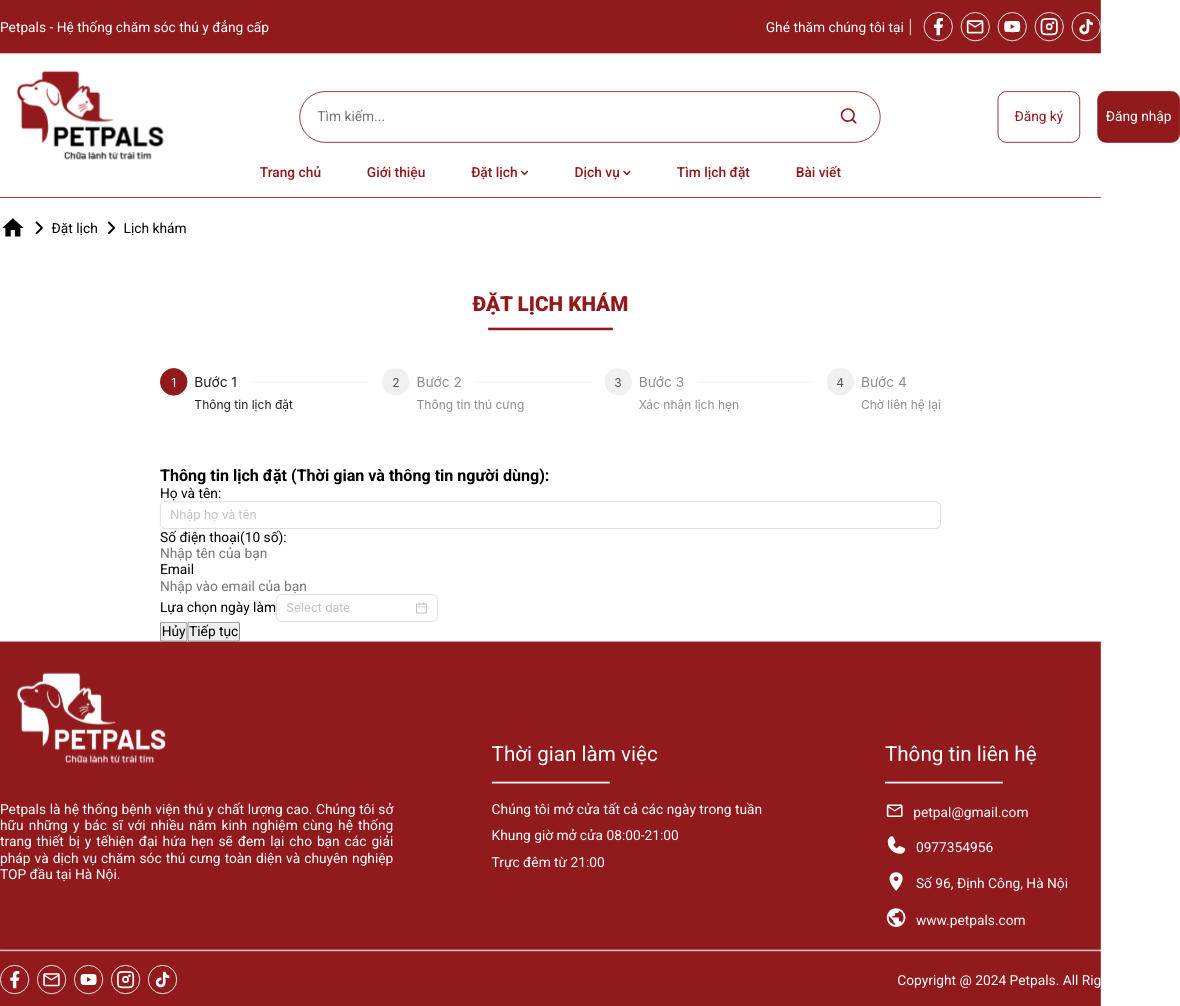
Repository: ahntrung1909/Petpals
Page: /dat-lich/kham-benh (app in petpals-user-main/)
An editor plug-in stored every save of this project. The page is shown before and after the next save, followed by the edit.
The browser window is 1280 px wide. The page is 1372 px wide, so the pictures cover 1372 px, including what lies to the right of the window. The pictures show the whole page, at 86% of full size.
The project was rebuilt for these pictures with package versions that can differ from the ones it lists, and the page was loaded fresh each time. The framework's server and built-in components were replaced by stand-ins that run in the browser. Also part of the build but not shown: petpals-user-main/next.config.js, petpals-user-main/next.config.mjs.

Above is the page before, as saved 2024-04-10 22:45:30.

### petpals-user-main/src/app/layout.js
import { Footer } from "@/components/Footer/Footer";
import "./global.scss";
import { Header } from "@/components/Header/Header";
import { ToastContainer } from "react-toastify";
import "react-toastify/dist/ReactToastify.css";
import { Button, ConfigProvider, Space } from "antd";

export const metadata = {
  title: "Petpals - Chữa lành từ trái tim",
  description: "Petpals",
};

export default function RootLayout({ children }) {
  return (
    <html lang="en">
      <body>
        <Header />
        <ToastContainer />
        <ConfigProvider
          theme={{
            token: {
              colorPrimary: "#911A1D",
            },
            components: {},
          }}
        >
          {children}
        </ConfigProvider>
        <Footer />
      </body>
    </html>
  );
}

### petpals-user-main/src/app/dat-lich/kham-benh/page.js
"use client";
import "./style.scss";
import React, { useState } from "react";
import { Steps } from "antd";
import StepItem from "./StepItem";

export default function page() {
  const [bookingInfo, setBookingInfo] = useState({
    id: "",
    userName: "",
    userEmail: "",
    userPhone: "",
  });
  const [current, setCurrent] = useState(0);
  return (
    <main>
      <div className="breadcrumb">
        <img src="/icon/ic_baseline-home.svg" alt="" />
        <img src="/icon/iconamoon_arrow-right-2.svg" alt="" />
        <p>Đặt lịch</p>
        <img src="/icon/iconamoon_arrow-right-2.svg" alt="" />
        <p>Lịch khám</p>
      </div>
      <section className="booking-section">
        <div className="section-heading">ĐẶT LỊCH KHÁM</div>
        <div className="booking-wrapper">
          <Steps
            style={{ marginBottom: "60px" }}
            current={current}
            items={[
              {
                title: "Bước 1",
                description: "Thông tin lịch đặt",
              },
              {
                title: "Bước 2",
                description: "Thông tin thú cưng",
              },
              {
                title: "Bước 3",
                description: "Xác nhận lịch hẹn",
              },
              {
                title: "Bước 4",
                description: "Chờ liên hệ lại",
              },
            ]}
          />
          <StepItem step={current} />
          <div className="btn-wrapper">
            <button
              className="btn prev-btn"
              onClick={() => {
                setCurrent(current - 1);
              }}
            >
              Hủy
            </button>
            <button
              className="btn next-btn"
              onClick={() => {
                setCurrent(current + 1);
              }}
            >
              Tiếp tục
            </button>
          </div>
        </div>
      </section>
    </main>
  );
}

### petpals-user-main/src/components/Footer/Footer.js
import { Socialicon } from "../Socialicon/Socialicon";
import "./style.scss";
export const Footer = () => {
  return (
    <footer>
      <div className="row row-1">
        <div className="logo">
          <img src="/img/logo_am_ban.svg" alt="" />
        </div>
        <div className="working-time">Thời gian làm việc</div>
        <div className=" contact-info">Thông tin liên hệ</div>
      </div>
      <div className="row">
        <div className="about">
          Petpals là hệ thống bệnh viện thú y chất lượng cao. Chúng tôi sở hữu
          những y bác sĩ với nhiều năm kinh nghiệm cùng hệ thống trang thiết bị
          y tếhiện đại hứa hẹn sẽ đem lại cho bạn các giải pháp và dịch vụ chăm
          sóc thú cưng toàn diện và chuyên nghiệp TOP đầu tại Hà Nội.
        </div>
        <ul className="working-time-more">
          <li>Chúng tôi mở cửa tất cả các ngày trong tuần</li>
          <li>Khung giờ mở cửa 08:00-21:00</li>
          <li>Trực đêm từ 21:00</li>
        </ul>
        <ul className="contact-info-more">
          <li className="contact-item">
            <span>
              <img src="/icon/material-symbols_mail-outline.svg" alt="" />
            </span>
            petpal@gmail.com
          </li>
          <li className="contact-item">
            <span>
              <img src="/icon/ph_phone-fill.svg" alt="" />
            </span>
            0977354956
          </li>
          <li className="contact-item">
            <span>
              <img src="/icon/mdi_location.svg" alt="" />
            </span>
            Số 96, Định Công, Hà Nội
          </li>
          <li className="contact-item">
            <span>
              <img src="/icon/mdi_earth.svg" alt="" />
            </span>
            www.petpals.com
          </li>
        </ul>
      </div>
      <hr />
      <div className="footer-bottom">
        <Socialicon />
        <div>Copyright @ 2024 Petpals. All Rights Reverved</div>
      </div>
    </footer>
  );
};

### petpals-user-main/src/app/global.scss
@import url("https://fonts.googleapis.com/css2?family=Roboto:ital,wght@0,100;0,300;0,400;0,500;0,700;0,900;1,100;1,300;1,400;1,500;1,700;1,900&display=swap");
@import "../style/variable";
* {
  padding: 0;
  margin: 0;
  box-sizing: border-box;
}
body {
  font-family: "Roboto", sans-serif;
  font-size: 16px;
}
a {
  text-decoration: none;
  color: black;
}
ul,
li {
  list-style: none;
}
input,
textarea {
  width: 100%;
  border: none;
  outline: none;
  font-family: "Roboto", sans-serif;
  font-size: 16px;
}
img {
  width: 100%;
}
button {
  font-family: "Roboto", sans-serif;
  font-size: 16px;
}
label {
  font-family: "Roboto", sans-serif;
  font-size: 16px;
}

// custom scroll bar
::-webkit-scrollbar-track {
  background-color: #f5f5f5;
}

::-webkit-scrollbar {
  width: 6px;
  height: 6px;
  background-color: #f5f5f5;
}

::-webkit-scrollbar-thumb {
  background-image: linear-gradient($BROWN_500, $RED_500);
  // border-radius: 10px;
}
::-webkit-scrollbar-thumb:horizontal {
  background-image: linear-gradient(to right, $BROWN_500, $RED_500);
  // border-radius: 10px;
}

### petpals-user-main/src/app/dat-lich/kham-benh/style.scss
@import "../../../style/variable";
@import "../../../style/base";

.booking-wrapper {
  width: 908px;
  margin: 0 auto;
  //   .ant-steps-item-icon {
  //     background-color: $BROWN_500 !important;
  //     border-color: $BROWN_500 !important;
  //   }
  //   .ant-steps-item-wait .ant-steps-item-icon {
  //     background-color: transparent !important;
  //     border-color: rgba(0, 0, 0, 0.25) !important;
  //     color: rgba(0, 0, 0, 0.25) !important;
  //   }
  .ant-steps-item-finish .ant-steps-item-icon {
    background-color: transparent !important;
    .anticon-check {
      color: $BROWN_500;
    }
  }
  //   .ant-steps
  //     .ant-steps-item-finish
  //     > .ant-steps-item-container
  //     > .ant-steps-item-content
  //     > .ant-steps-item-title::after {
  //     background-color: $BROWN_500 !important;
  //   }
}

### petpals-user-main/src/app/dat-lich/kham-benh/StepItem.js
"use-client";
import "./style.scss";
import React, { useEffect } from "react";
import { DatePicker } from "antd";
import dayjs from "dayjs";
import customParseFormat from "dayjs/plugin/customParseFormat";
import { Input } from "antd";

dayjs.extend(customParseFormat);

export default function StepItem({ step }) {
  const disabledDate = (current) => {
    //disable những lịch từ ngày hôm qua
    return current && current < dayjs().endOf("day").subtract(1, "day");
  };
  if (step === 0) {
    return (
      <form>
        <h3>Thông tin lịch đặt (Thời gian và thông tin người dùng):</h3>
        <div className="input-group">
          <label htmlFor="">Họ và tên: </label>
          <Input placeholder="Nhập họ và tên" />
        </div>
        <div className="input-group">
          <label htmlFor="">Số điện thoại(10 số):</label>
          <input type="text" placeholder="Nhập tên của bạn" />
        </div>
        <div className="input-group">
          <label htmlFor="">Email</label>
          <input type="text" placeholder="Nhập vào email của bạn" />
        </div>
        <div className="input-group">
          <label htmlFor="">Lựa chọn ngày làm</label>
          <DatePicker onChange={() => {}} disabledDate={disabledDate} />
        </div>
      </form>
    );
  }
  if (step === 1) {
    return <div>Step 2</div>;
  }
  if (step === 2) {
    return <div>Step 3</div>;
  }
  if (step === 3) {
    return <div>Step 4</div>;
  }
}

### petpals-user-main/src/components/Socialicon/Socialicon.js
import "./style.scss";
export const Socialicon = () => {
  return (
    <div className="list-social-icon">
      <div className="icon-item">
        <img src="/icon/ri_facebook-fill.svg" alt="icon-facebook" />
      </div>
      <div className="icon-item">
        <img src="/icon/material-symbols_mail-outline.svg" alt="icon-mail" />
      </div>
      <div className="icon-item">
        <img src="/icon/mdi_youtube.svg" alt="icon-youtube" />
      </div>
      <div className="icon-item">
        <img src="/icon/lets-icons_insta.svg" alt="icon-insta" />
      </div>
      <div className="icon-item">
        <img src="/icon/ic_baseline-tiktok.svg" alt="icon-tiktok" />
      </div>
    </div>
  );
};

### petpals-user-main/src/components/Footer/style.scss
@import "../../style/variable";
footer {
  display: block;
  width: 100vw;
  height: 424px;
  background-color: $BROWN_500;
  padding: 20px 0;
}
.row {
  width: 1372px;
  margin: 0 auto;
  display: grid;
  grid-template-columns: repeat(12, 1fr);
  row-gap: 20px;
  color: white;
  margin-bottom: 20px;
}
.row-1 {
  align-items: flex-end;
}
.logo {
  width: 214px;
  grid-column: 1/5;
}
.working-time {
  grid-column: 6/10;
  position: relative;
  font-size: 24px;
  padding-bottom: 20px;
  &::after {
    content: "";
    width: 137px;
    height: 2px;
    background-color: white;
    position: absolute;
    left: 0;
    bottom: 0;
  }
}
.contact-info {
  position: relative;
  grid-column: 10/13;
  font-size: 24px;
  padding-bottom: 20px;
  &::after {
    content: "";
    width: 137px;
    height: 2px;
    background-color: white;
    position: absolute;
    left: 0;
    bottom: 0;
  }
}
.about {
  grid-column: 1/5;
  text-align: justify;
}
.working-time-more {
  grid-column: 6/10;
  display: flex;
  flex-direction: column;
  gap: 12px;
}
.contact-info-more {
  grid-column: 10/13;
  display: flex;
  flex-direction: column;
  gap: 12px;
}
.contact-item {
  display: flex;
  gap: 10px;
  align-items: center;
}
.footer-bottom {
  width: 1372px;
  margin: 0 auto;
  margin-top: 16px;
  color: white;
  display: flex;
  align-items: center;
  justify-content: space-between;
}

### petpals-user-main/src/style/_variable.scss
$BROWN_50: rgb(244, 232, 232);
$BROWN_100: rgb(221, 184, 185);
$BROWN_200: rgb(204, 150, 151);
$BROWN_300: rgb(181, 102, 104);
$BROWN_400: rgb(167, 72, 74);
$BROWN_500: rgb(145, 26, 29);
$BROWN_600: rgb(132, 24, 26);
$BROWN_700: rgb(103, 18, 21);
$BROWN_800: rgb(80, 14, 16);
$BROWN_900: rgb(61, 11, 12);
$RED_50: rgb(255, 247, 247);
$RED_100: rgb(255, 230, 231);
$RED_200: rgb(255, 217, 219);
$RED_300: rgb(255, 200, 202);
$RED_400: rgb(255, 189, 192);
$RED_500: rgb(255, 173, 176);
$RED_600: rgb(232, 157, 160);
$RED_700: rgb(181, 123, 125);
$RED_800: rgb(140, 95, 97);
$RED_900: rgb(107, 73, 74);
$BROWN_DARK_50: rgb(236, 233, 233);
$BROWN_DARK_100: rgb(195, 186, 186);
$BROWN_DARK_200: rgb(165, 152, 152);
$BROWN_DARK_300: rgb(124, 105, 106);
$BROWN_DARK_400: rgb(99, 76, 77);
$BROWN_DARK_500: rgb(60, 31, 32);
$BROWN_DARK_600: rgb(55, 28, 29);
$BROWN_DARK_700: rgb(43, 22, 23);
$BROWN_DARK_800: rgb(33, 17, 18);
$BROWN_DARK_900: rgba(25, 13, 13, 0.2);

### petpals-user-main/src/components/Header/style.scss
@import "../../style/_variable";

header {
  height: 230px;
  border-bottom: 1px solid $BROWN_500;
}
div:has(.wrap):nth-child(1) {
  background-color: $BROWN_500;
  height: 62px;
  display: flex;
  align-items: center;
}
.wrap {
  width: 1372px;
  margin: 0 auto;
}
.top-header {
  display: flex;
  justify-content: space-between;
  align-items: center;
  color: white;
}
.social-connect {
  display: flex;
  align-items: center;
  gap: 15px;
}
.social-connect > p {
  padding: 0px 7px;
  border-right: 1px solid white;
}
div:has(.wrap):nth-child(2) {
  padding-top: 18px;
}
.main-header {
  display: flex;
  align-items: center;
  justify-content: space-between;
}
.petpals-logo {
  display: block;
  width: 211px;
  height: 111px;
}
.header-main-right {
  display: flex;
  width: 1024px;
  justify-content: space-between;
  align-items: center;
}
.search-input {
  display: flex;
  position: relative;

  input {
    width: 676px;
    height: 60px;
    padding: 0px 60px 0px 20px;
    border: 1px solid $BROWN_500;
    border-radius: 99px;
    display: flex;
    justify-content: center;
    align-items: center;
  }
  .icon-item {
    right: 20px;
    top: 50%;
    transform: translateY(-50%);
    position: absolute;
    cursor: pointer;
  }
}
.btn-group {
  display: flex;
  gap: 20px;
  text-align: center;
  .btn {
    display: flex;
    justify-content: center;
    align-items: center;
    width: 96px;
    height: 60px;
    border: 1px solid $BROWN_500;
    border-radius: 10px;
    color: $BROWN_500;
  }
  .btn:nth-child(1):hover {
    background-color: $BROWN_500;
    color: white;
  }
  .btn:nth-child(2) {
    color: white;
    background-color: $BROWN_500;
    &:hover {
      background-color: $BROWN_300;
    }
  }
}
.nav {
  display: flex;
  align-items: center;
  justify-content: space-between;
  width: 676px;
  margin: 0 auto;
  color: $BROWN_500;
  font-weight: 500;
  z-index: 99;

  &-item {
    display: flex;
    position: relative;
    align-items: center;
    cursor: pointer;
    padding-bottom: 8px;
    &.active > span,
    &.active > a {
      font-weight: 900;
    }
    &:hover .sub-nav:not(.nav-2) {
      display: flex;
    }
    span {
      display: flex;
      justify-content: center;
      align-items: center;
      color: $BROWN_500;
    }
    a {
      display: flex;
      justify-content: center;
      align-items: center;
      color: $BROWN_500;
      width: 100%;
      height: 100%;
    }
    &:hover > a {
      color: $RED_500;
    }
    &:hover > span {
      color: $RED_500;
    }
  }
}
.sub-nav {
  position: absolute;
  z-index: 99;
  top: 100%;
  left: 0;
  border-radius: 10px;
  box-shadow: 0 15px 15px 15px rgba(0, 0, 0, 0.05);
  box-shadow: 0 15px 15px rgba(0, 0, 0, 0.1);
  border: 0.5px solid rgba(0, 0, 0, 0.15);
  background-color: white;
  padding: 8px;
  display: none;
  flex-direction: column;
  gap: 8px;
  &.nav-2 {
    position: absolute;
    top: 0;
    left: 100%;
    transform: translate(8px, -8px);
    display: none;
  }
  &-item {
    position: relative;
    display: flex;
    align-items: center;
    justify-content: space-between;
    &::after {
      content: "";
      width: 8px;
      height: 100%;
      position: absolute;
      top: 0;
      right: -8px;
    }
    &:hover {
      background-color: rgba(0, 0, 0, 0.05);
    }
    &:hover .sub-nav.nav-2 {
      display: flex;
    }
    a {
      width: 100%;
      height: 100%;
      display: flex;
      justify-content: left;
      padding: 12px 16px;
    }
    span {
      padding: 12px 16px;
    }
    &-active > span,
    &-active > a {
      font-weight: 600;
    }
  }
}
.user-login-controller {
  display: flex;
  align-items: center;
  gap: 8px;
  cursor: pointer;
  position: relative;

  &:hover .sub-nav {
    display: flex;
    left: inherit;
    right: 0;
  }
}

### petpals-user-main/src/style/_base.scss
.section-heading {
  width: fit-content;
  margin: 60px auto;
  color: $BROWN_500;
  position: relative;
  font-size: 24px;
  font-weight: 800;
  text-transform: uppercase;
  &::after {
    content: "";
    width: 80%;
    height: 3px;
    position: absolute;
    bottom: -16px;
    left: 50%;
    transform: translateX(-50%);
    background-color: $BROWN_500;
  }
}
.breadcrumb {
  width: 1372px;
  margin: 0 auto;
  display: flex;
  align-items: center;
  padding-top: 20px;
  img {
    width: 30px;
    height: 30px;
  }
}

### petpals-user-main/src/components/Socialicon/style.scss
.list-social-icon {
  display: flex;
  gap: 9px;
}
.icon-item {
  width: 34px;
  height: 34px;
  border: 1px solid white;
  padding: 4px;
  border-radius: 99px;
  display: flex;
  justify-content: center;
  align-items: center;
}

Loaded but not shown: petpals-user-main/src/components/Header/Header.js (271 lines, source omitted)

After the next save:
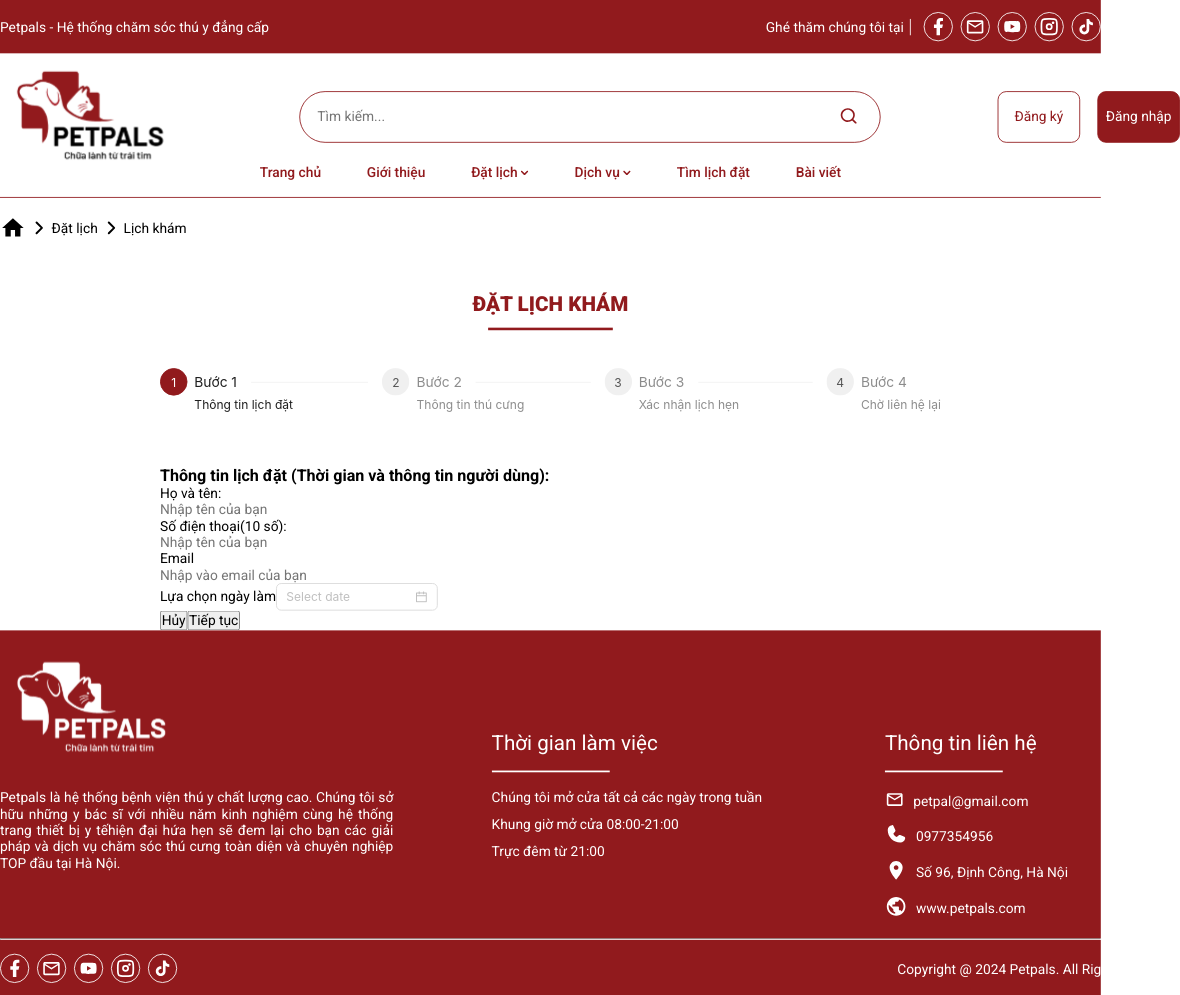
Saved 37 s later.
--- a/petpals-user-main/src/app/dat-lich/kham-benh/StepItem.js
+++ b/petpals-user-main/src/app/dat-lich/kham-benh/StepItem.js
@@ -19,7 +19,7 @@ export default function StepItem({ step }) {
         <h3>Thông tin lịch đặt (Thời gian và thông tin người dùng):</h3>
         <div className="input-group">
           <label htmlFor="">Họ và tên: </label>
-          <Input placeholder="Nhập họ và tên" />
+          <input type="text" placeholder="Nhập tên của bạn" />
         </div>
         <div className="input-group">
           <label htmlFor="">Số điện thoại(10 số):</label>
